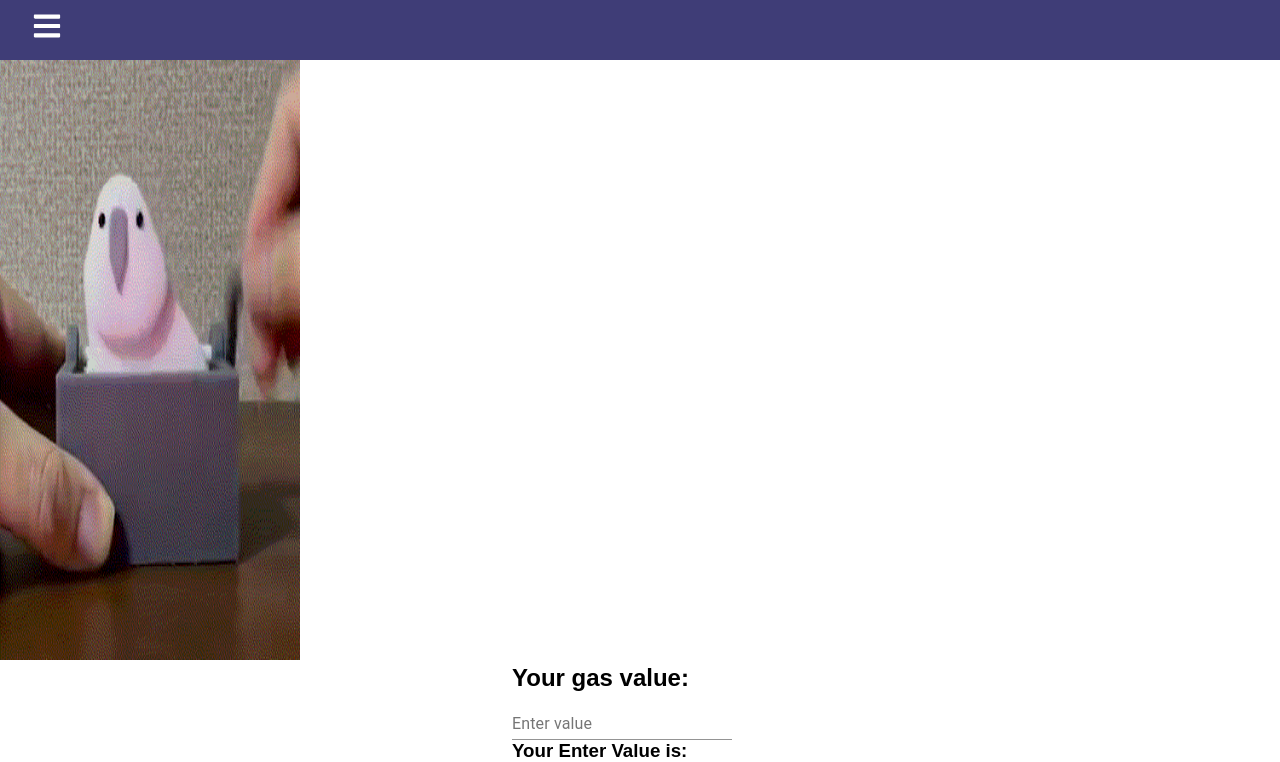
Repository: dcutalo/GasPal
Page: / (app in client/)
These files come from the project's save history. The page is drawn as it stood at one moment and after the next save; the edit follows.
The browser window is 1280 px wide. The pictures show the whole page.
Some web fonts or font styles are not loaded; a fallback is used. The project was rebuilt for these pictures with package versions that can differ from the ones it lists, and the page was loaded fresh each time. Also part of the build but not shown: client/src/pages/triphistory.js, client/src/pages/gasefficiencyreports.js, client/src/pages/userprofile.js.

Above is the page before, as saved 2021-10-05 21:54:48.

After the next save:
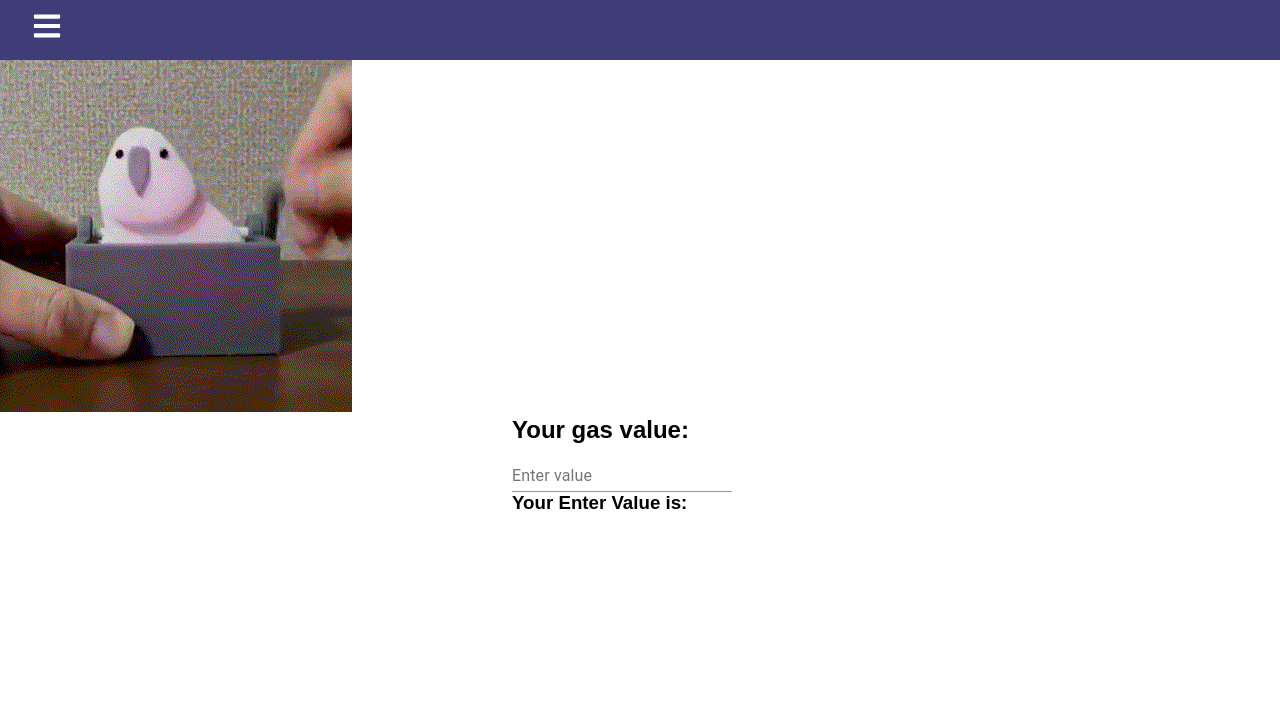
Saved 12 s later.
--- a/client/src/App.css
+++ b/client/src/App.css
@@ -16,7 +16,7 @@
 }
 
 .gif{
-  height:600px;
-  width:300px;
+  align-items: center;
+  justify-content: center;
   position:relative;
  }
